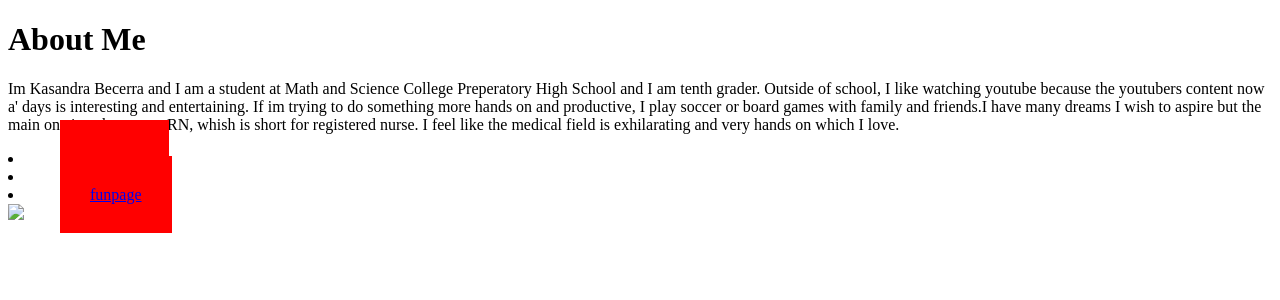
Repository: khipres1/khipres1.github.io
Page: aboutme.html
The author's editor kept a record of every edit. The page is drawn from the files as they stood at one moment, then again after the next edit.
The browser window is 1280 px wide. The pictures show the whole page.

Above is the page before.
Not found: registered-nurse.jpg

After the next edit:
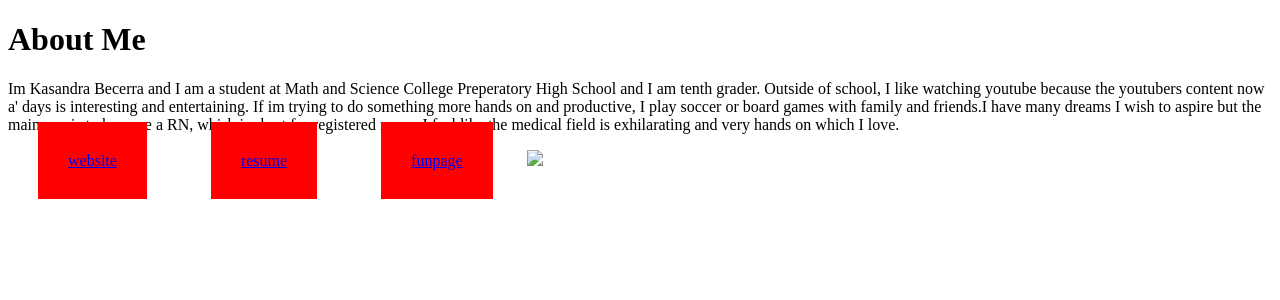
The edit:
--- a/aboutme.html
+++ b/aboutme.html
@@ -11,9 +11,9 @@
   <p>Im Kasandra Becerra and I am a student at Math and Science College Preperatory High School and I am tenth grader. Outside of school, I like watching youtube because the youtubers content now a' days is interesting and entertaining. If im trying to do something more hands on and productive, I play soccer or board games with family and friends.I have many dreams I wish to aspire but the main one is to become a RN, whish is short for registered nurse. I feel like the medical field is exhilarating and very hands on which I love.</p>
 
 
-  <li><a href="website.html"> website</a></li>
-   <li><a href="resume.html">resume</a></li>
-   <li><a href="funpage.html">funpage</a></li>
+    <a href="website.html"> website</a>
+    <a href="resume.html">resume</a>
+    <a href="funpage.html">funpage</a>
 
      <img src="registered-nurse.jpg"
    </html>
